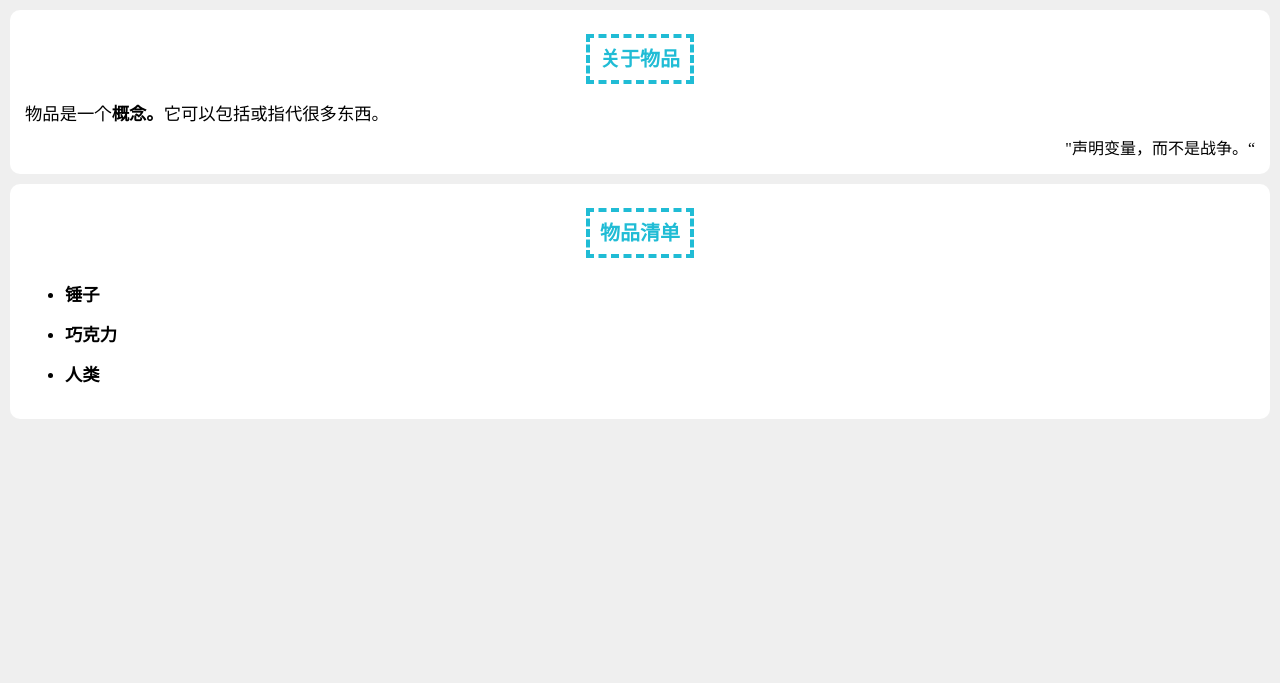
Repository: Yeyuehuke/Webstudy-Feidian
Page: 01-HTMLlearning/02-HTMLBasics/12-BlogProjectMySchedule.html
These files come from the project's save history. The page is drawn as it stood at one moment and after the next save; the edit follows.
The browser window is 1280 px wide. The pictures show the whole page.

Above is the page before, as saved 2020-05-17 15:13:52.

After the next save:
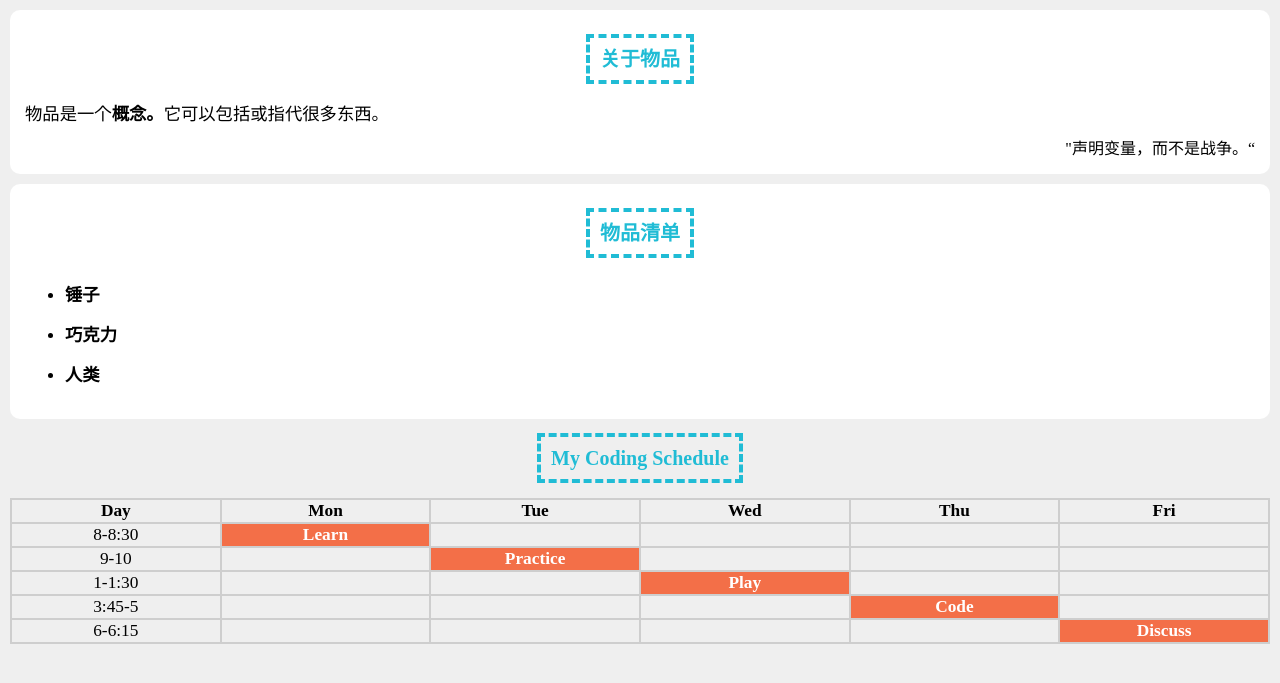
Saved 30 s later.
--- a/01-HTMLlearning/02-HTMLBasics/12-BlogProjectMySchedule.html
+++ b/01-HTMLlearning/02-HTMLBasics/12-BlogProjectMySchedule.html
@@ -20,7 +20,57 @@
             </ul>
         </div>
         <div>
-
+            <h1><span>My Coding Schedule</span></h1>
+            <table>
+            <tr>
+              <th>Day</th>
+              <th>Mon</th>
+              <th>Tue</th>
+              <th>Wed</th>
+              <th>Thu</th>
+              <th>Fri</th>
+            </tr>
+            <tr>
+              <td>8-8:30</td>
+              <td class="selected">Learn</td>
+              <td></td>
+              <td></td>
+              <td></td>
+              <td></td>
+            </tr>
+            <tr>
+              <td>9-10</td>
+              <td></td>
+              <td class="selected">Practice</td>
+              <td></td>
+              <td></td>
+              <td></td>
+            </tr>
+            <tr>
+              <td>1-1:30</td>
+              <td></td>
+              <td></td>
+              <td class="selected">Play</td>
+              <td></td>
+              <td></td>
+            </tr>
+            <tr>
+              <td>3:45-5</td>
+              <td></td>
+              <td></td>
+              <td></td>
+              <td class="selected">Code</td>
+              <td></td>
+            </tr>
+            <tr>
+              <td>6-6:15</td>
+              <td></td>
+              <td></td>
+              <td></td>
+              <td></td>
+              <td class="selected">Discuss</td>
+            </tr>
+            </table>
         </div>
     </body>
 </html>
